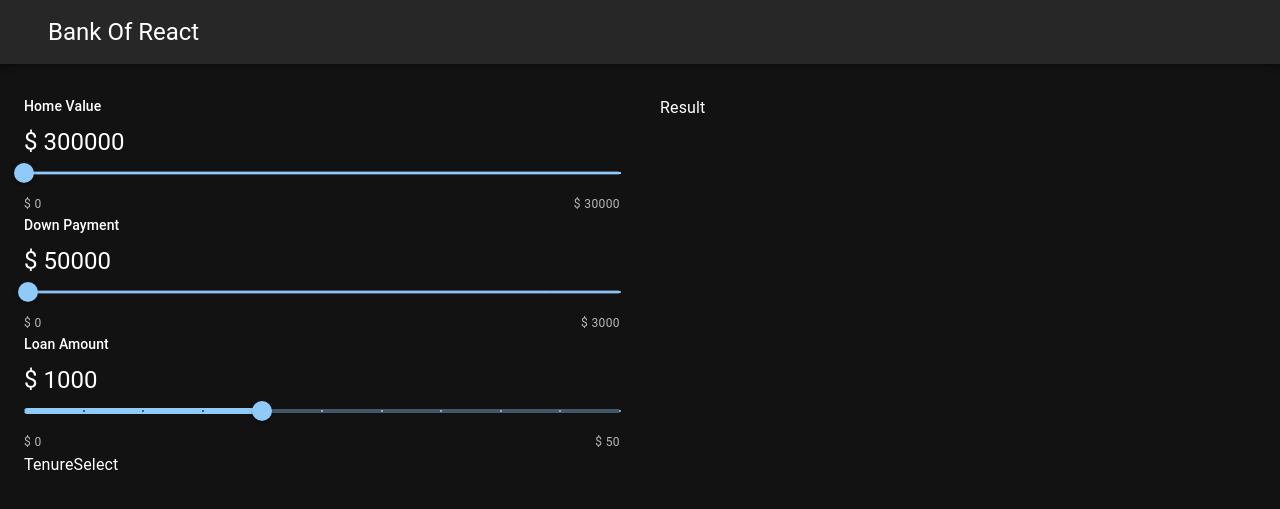
Repository: MikeeBuilds/mortgage-calculator
Page: /
These files come from the project's save history. The page is drawn as it stood at one moment and after a run of saves; the edit follows.
The browser window is 1280 px wide. The pictures show the whole page.
The project was rebuilt for these pictures with package versions that can differ from the ones it lists, and the page was loaded fresh each time.

Above is the page before, as saved 2023-04-03 21:49:07.

After the next 2 saves:
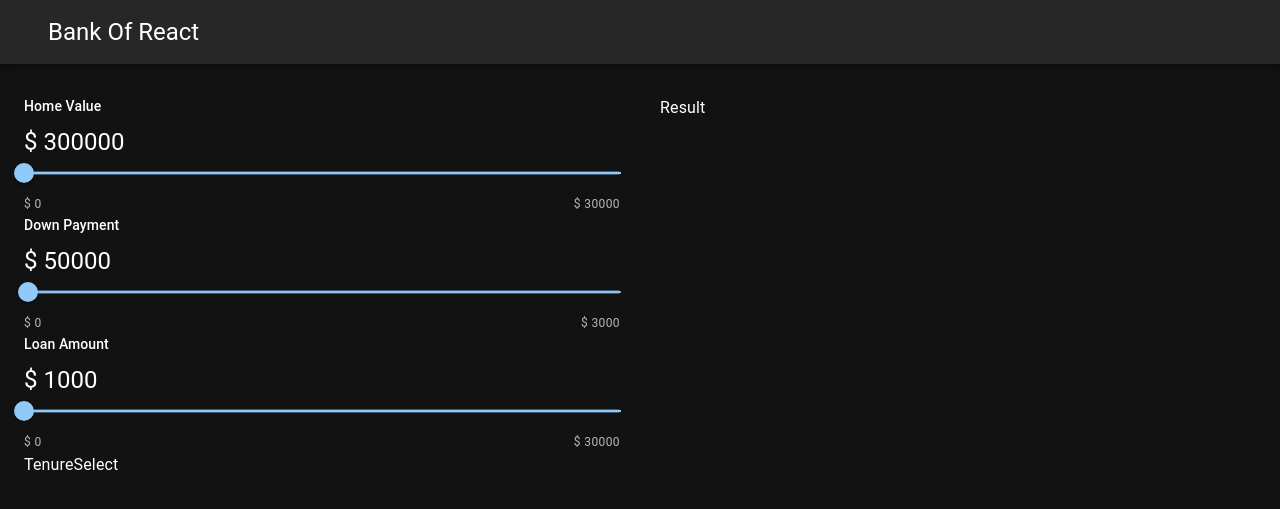
The 2 saves are shown as one change because they came seconds apart.
The last was saved 36 s later.
--- a/src/components/SliderSelect.js
+++ b/src/components/SliderSelect.js
@@ -27,7 +27,7 @@ const SliderSelect = () => {
           <SliderComponent
             label='Loan Amount'
             min={0}
-            max={50}
+            max={30000}
             defaultValue={20}
             step={5 }
             onChange={(e, value) => console.log(value)}
